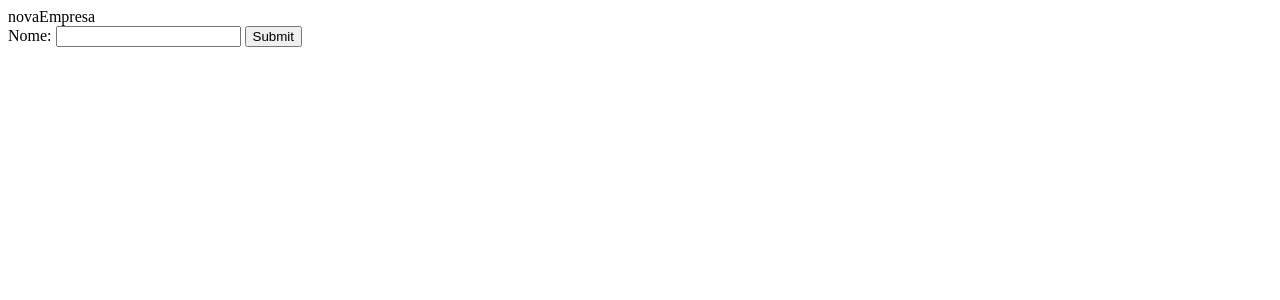
Repository: douglascogubum/servlet
Page: http://localhost/gerenciador/formNovaEmpresa.jsp
An editor plug-in stored every save of this project. The page is shown before and after the next save, followed by the edit.
The browser window is 1280 px wide. The pictures show the whole page.
The page is served by Tomcat 9. Other server files are loaded and not shown.

Above is the page before, as saved 2020-11-13 00:22:12.

### gerenciador/WebContent/formNovaEmpresa.jsp
<%@ taglib uri="http://java.sun.com/jsp/jstl/core" prefix="c" %>

<!DOCTYPE html>
<html>
<head>
<meta charset="UTF-8">
<title>Insert title here</title>
</head>
<body>
	<c:url value="novaEmpresa"/>
	<form action="/gerenciador/novaEmpresa" method="post">
		Nome: <input type="text" name="nome" />
		<input type="submit" />
	</form>
</body>
</html>

After the next save:
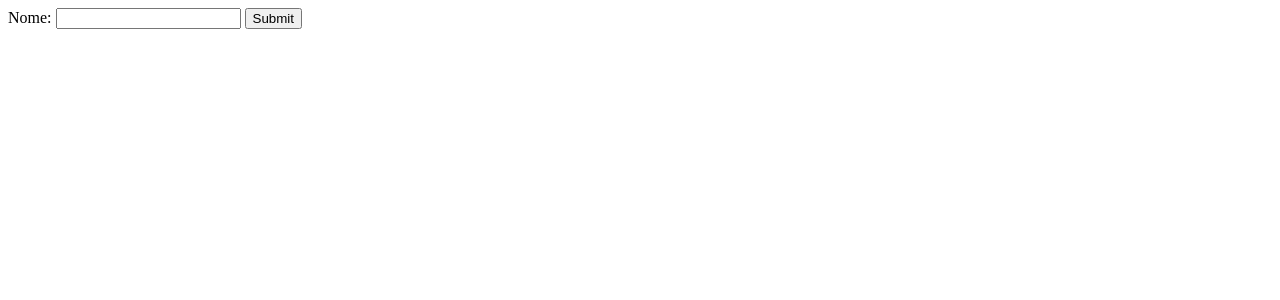
Saved 19 s later.
--- a/gerenciador/WebContent/formNovaEmpresa.jsp
+++ b/gerenciador/WebContent/formNovaEmpresa.jsp
@@ -7,8 +7,8 @@
 <title>Insert title here</title>
 </head>
 <body>
-	<c:url value="novaEmpresa"/>
-	<form action="/gerenciador/novaEmpresa" method="post">
+
+	<form action="<c:url value="novaEmpresa"/>" method="post">
 		Nome: <input type="text" name="nome" />
 		<input type="submit" />
 	</form>
